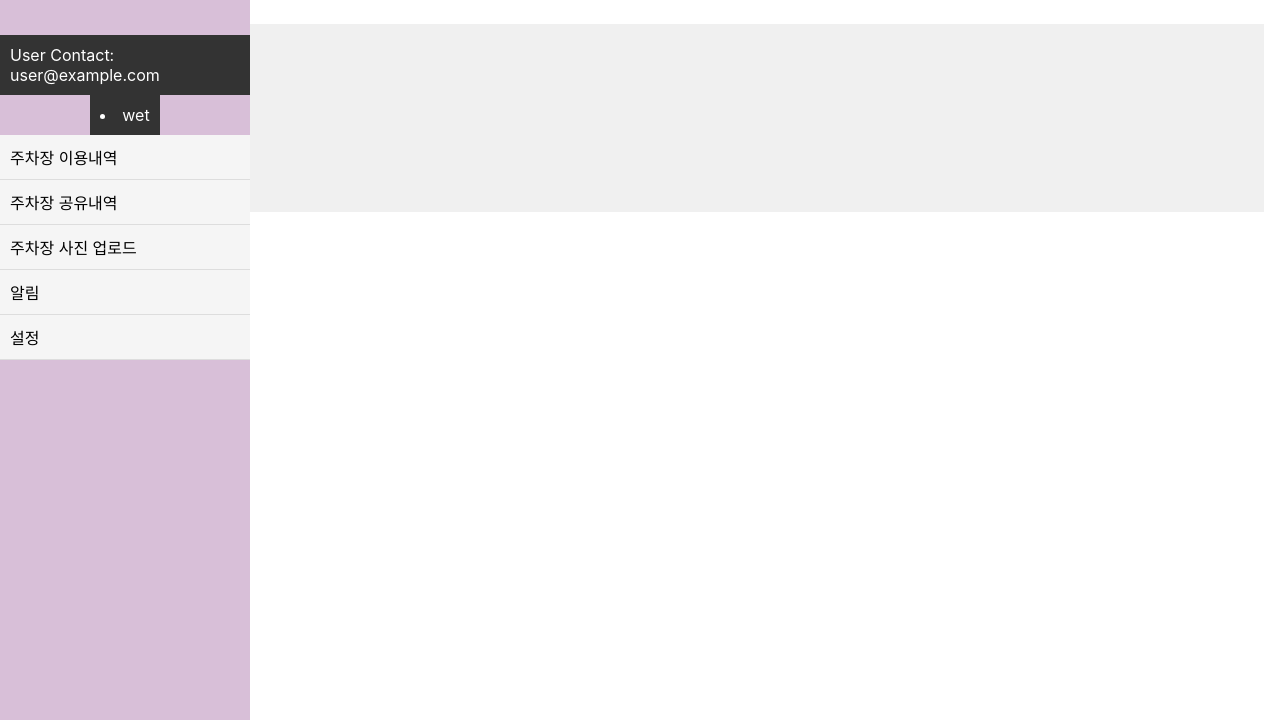
Repository: ohjjoa/reactTest
Page: /, after clicking the first element matching `img`
These files come from the project's save history. The page is drawn as it stood at one moment and after the next save; the edit follows.
The browser window is 1280 px wide. The pictures show the whole page.
The project was rebuilt for these pictures with package versions that can differ from the ones it lists, and the page was loaded fresh each time.

Above is the page before, as saved 2024-08-02 05:11:51.

After the next save:
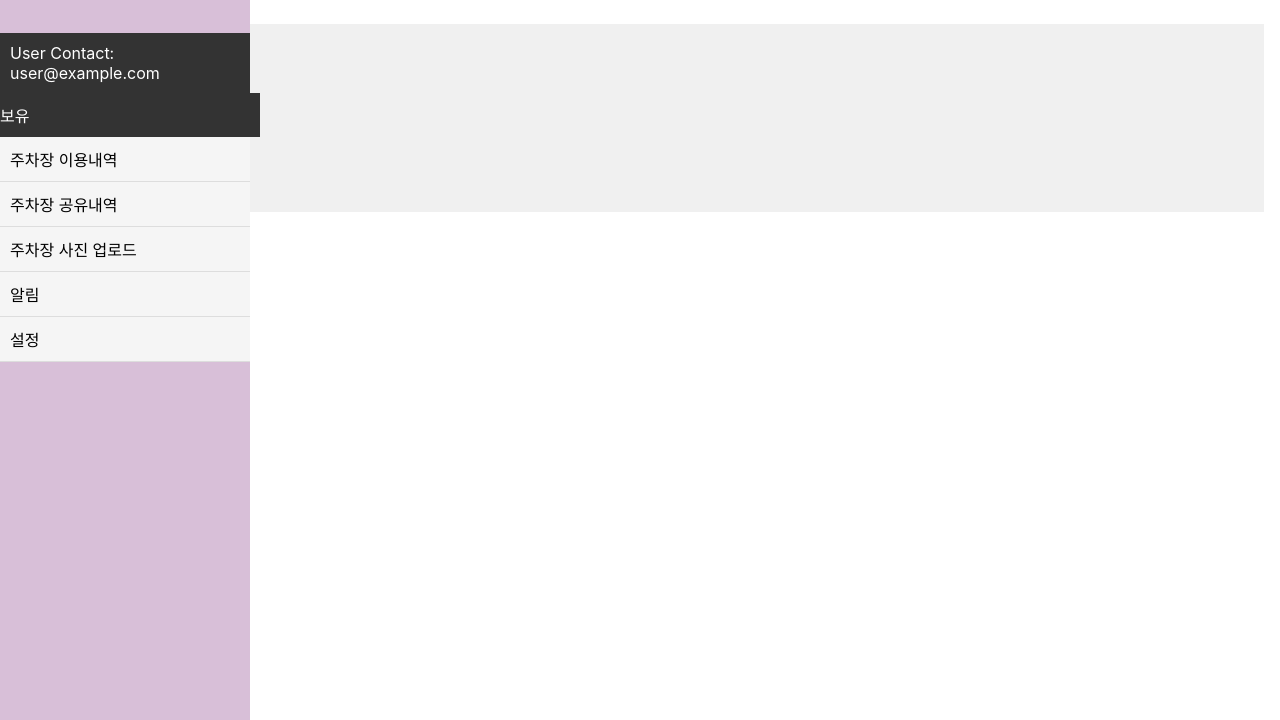
Saved 33 s later.
--- a/src/pages/Home/index.tsx
+++ b/src/pages/Home/index.tsx
@@ -91,8 +91,8 @@ const Home = () => {
           <div style={{ padding: '10px', backgroundColor: '#333', color: '#fff' }}>
             User Contact: user@example.com
           </div>
-          <div style={{ padding: '10px', backgroundColor: '#333', color: '#fff', maxWidth: '250px'}}>
-            <li>wet</li>
+          <div style={{ padding: '10px', backgroundColor: '#333', color: '#fff', width: '250px'}}>
+            보유
           </div>
           <List
             height={550} // 사이드바의 높이에서 연락처의 높이를 제외한 값
